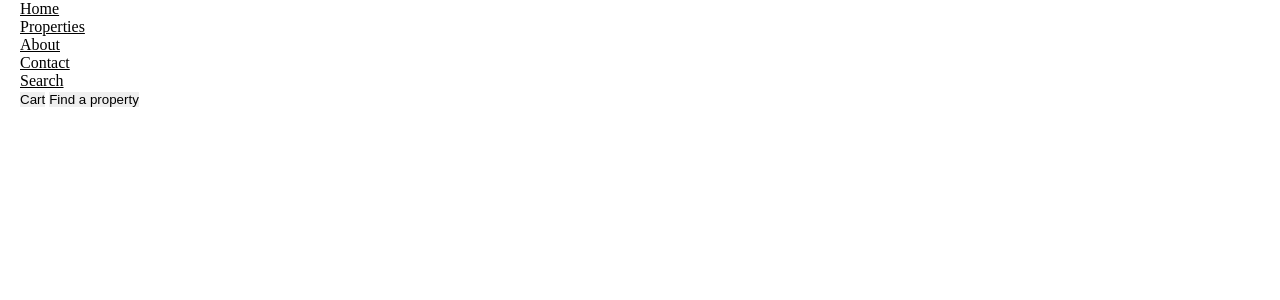
Repository: bek77g/realco
Page: index.html
An editor plug-in stored every save of this project. The page is shown before and after the next save, followed by the edit.
The browser window is 1280 px wide. The pictures show the whole page.
The style sheet was rebuilt from its Sass, Less or Tailwind sources for each picture, by a compiler version that may differ from the author's.

Above is the page before, as saved 2023-04-13 20:48:17.

After the next save:
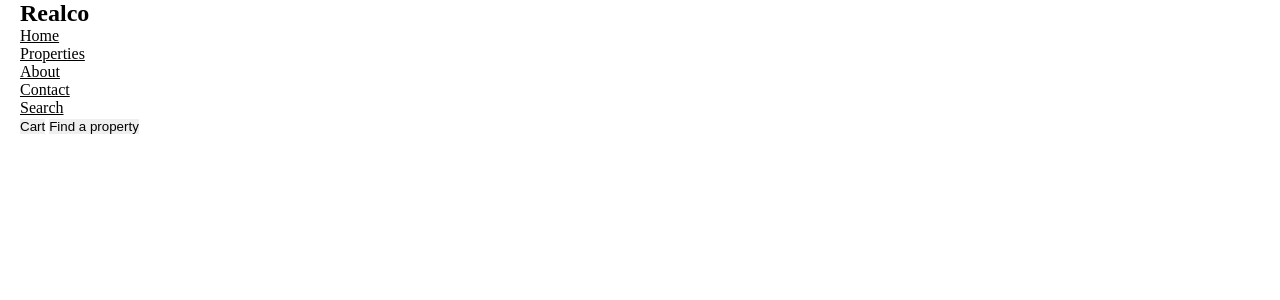
Saved 66 s later.
--- a/index.html
+++ b/index.html
@@ -21,7 +21,10 @@
     <header class="header">
       <div class="container">
         <div class="header__row">
-          <div class="logo header__logo"></div>
+          <div class="logo header__logo">
+            <div class="logo__box"></div>
+            <h2 class="logo__name">Realco</h2>
+          </div>
           <nav class="header__nav">
             <ul class="header__menu">
               <li class="header__menu-item"><a href="#">Home</a></li>
